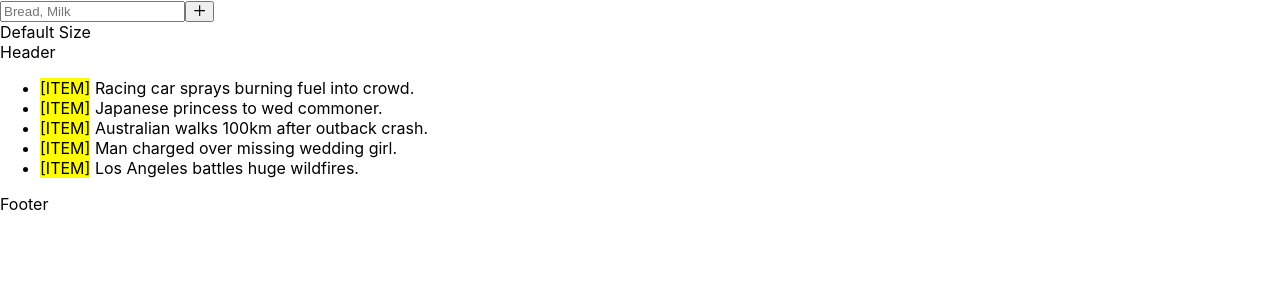
Repository: Luigi-ai-creator/Todo_react
Page: /
The author's editor kept a copy of each file at every save. The page is drawn from the files as they stood at one save, then again after the next save.
The browser window is 1280 px wide. The pictures show the whole page.
The project was rebuilt for these pictures with package versions that can differ from the ones it lists, and the page was loaded fresh each time. Also part of the build but not shown: src/App.css.

Above is the page before, as saved 2021-01-22 15:26:26.

After the next save:
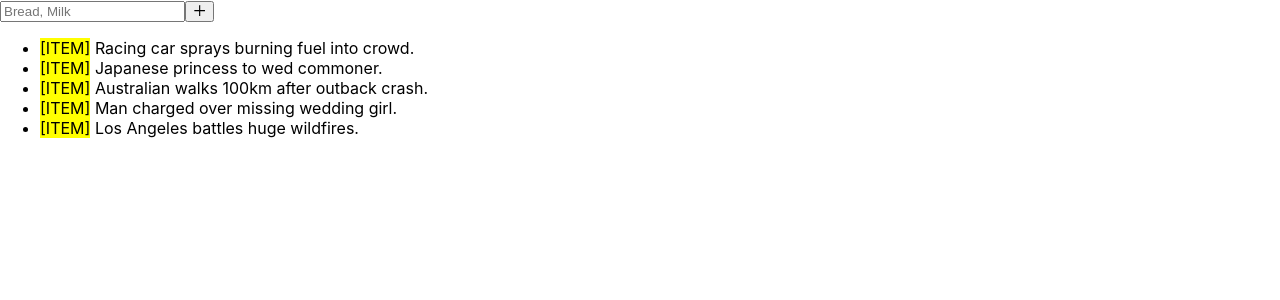
Saved 64 s later.
--- a/src/Components/ListToDo/ListToDo.js
+++ b/src/Components/ListToDo/ListToDo.js
@@ -1,6 +1,6 @@
 import React from 'react';
 
-import { List, Typography, Divider } from 'antd';
+import { List, Typography } from 'antd';
 
 const data = [
   'Racing car sprays burning fuel into crowd.',
@@ -13,10 +13,7 @@ const data = [
 const ListToDo = () => {
     return (
         <>
-    <Divider orientation="left">Default Size</Divider>
     <List
-      header={<div>Header</div>}
-      footer={<div>Footer</div>}
       bordered
       dataSource={data}
       renderItem={item => (
